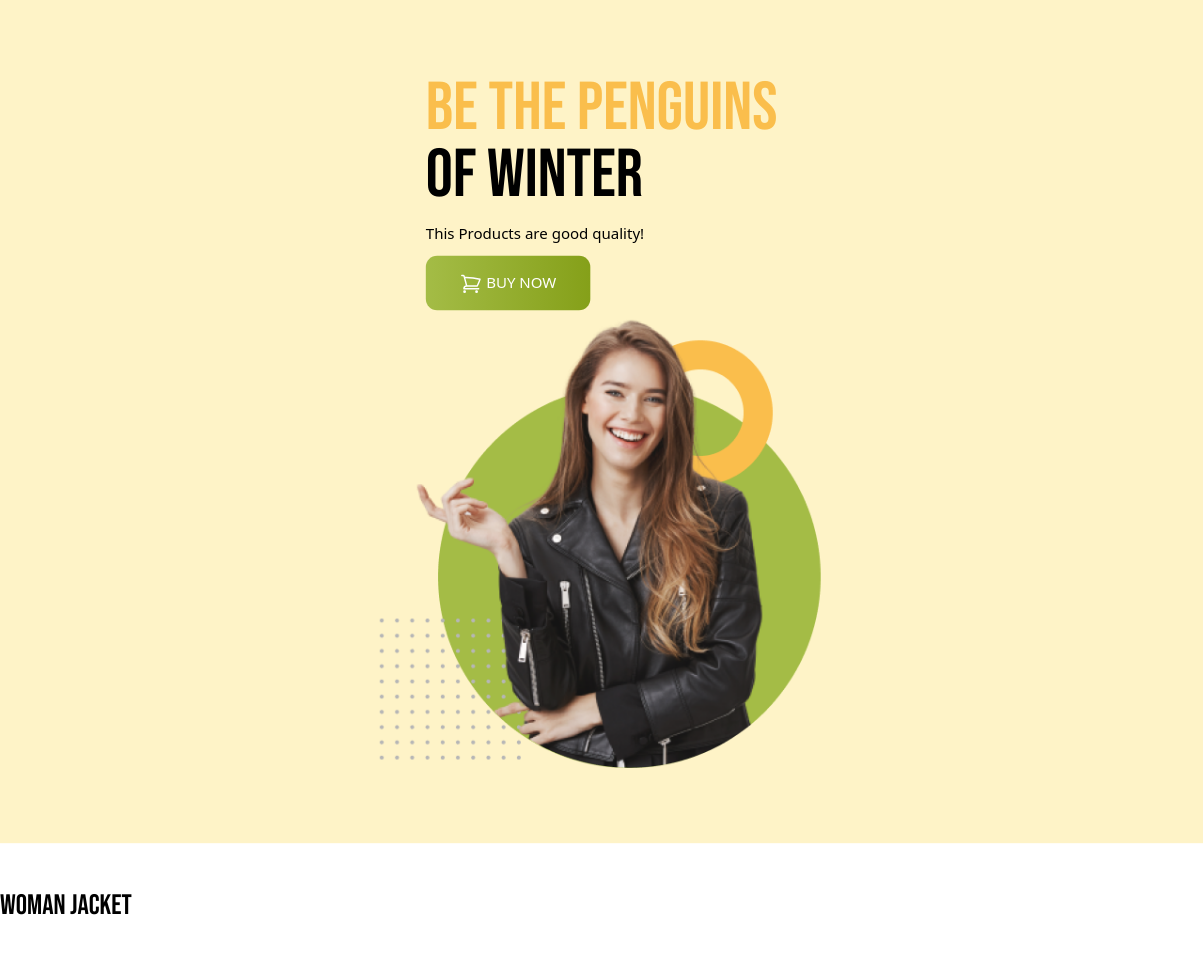
Repository: SyeadaSakina/Penguins-fashion
Page: index.html
These files come from the project's save history. The page is drawn as it stood at one moment and after the next save; the edit follows.
The browser window is 1280 px wide. The pictures show the whole page, at 94% of full size.
Some web libraries are served in a nearby version.

Above is the page before, as saved 2023-07-22 00:31:16.

After the next save:
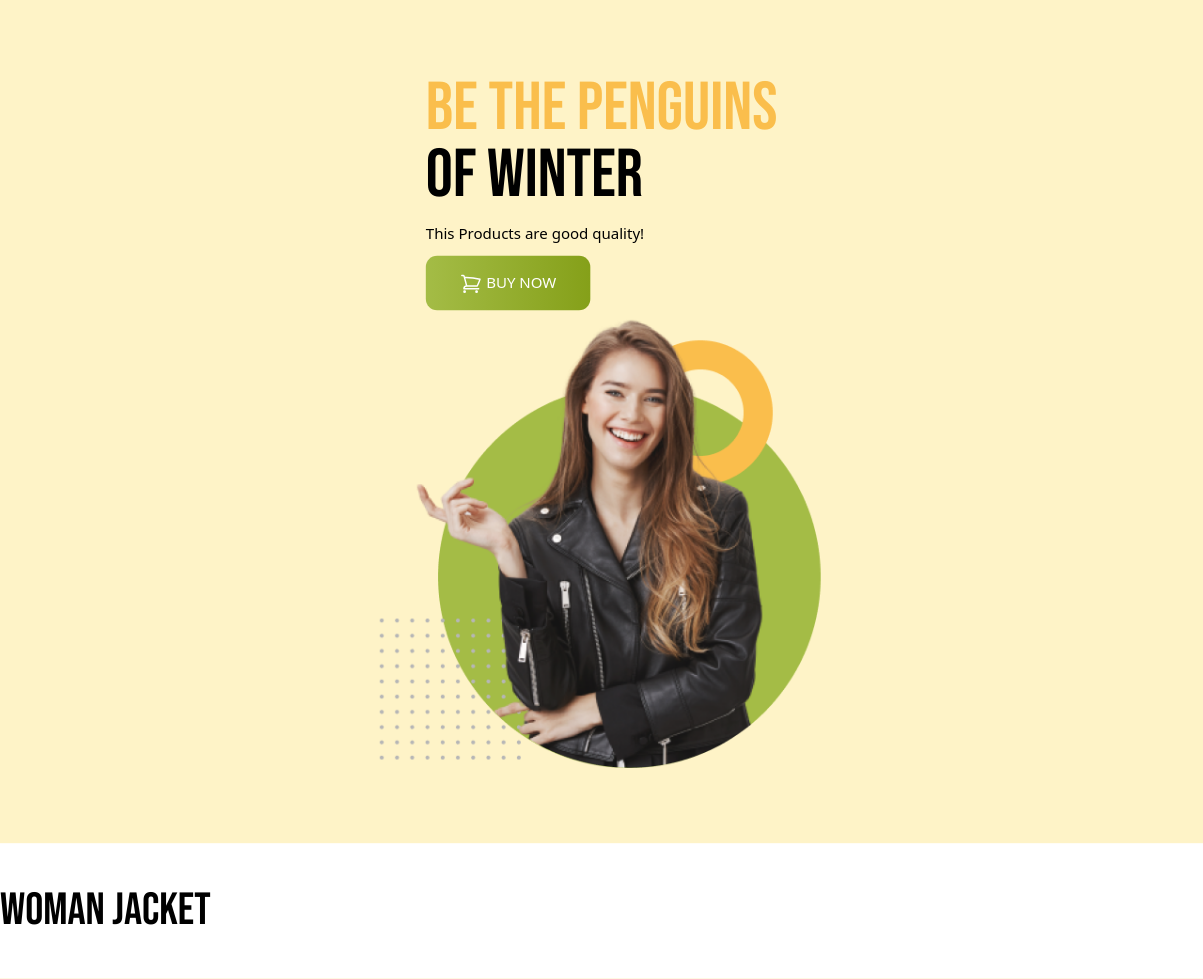
Saved 3 min 35 s later.
--- a/index.html
+++ b/index.html
@@ -49,7 +49,7 @@
     </header>
     <main>
         <section class="py-12">
-            <h3 class="text-3xl font-bebas">Woman Jacket</h3>
+            <h3 class="text-5xl font-bebas">Woman Jacket</h3>
         </section>
     </main>
     <footer>
